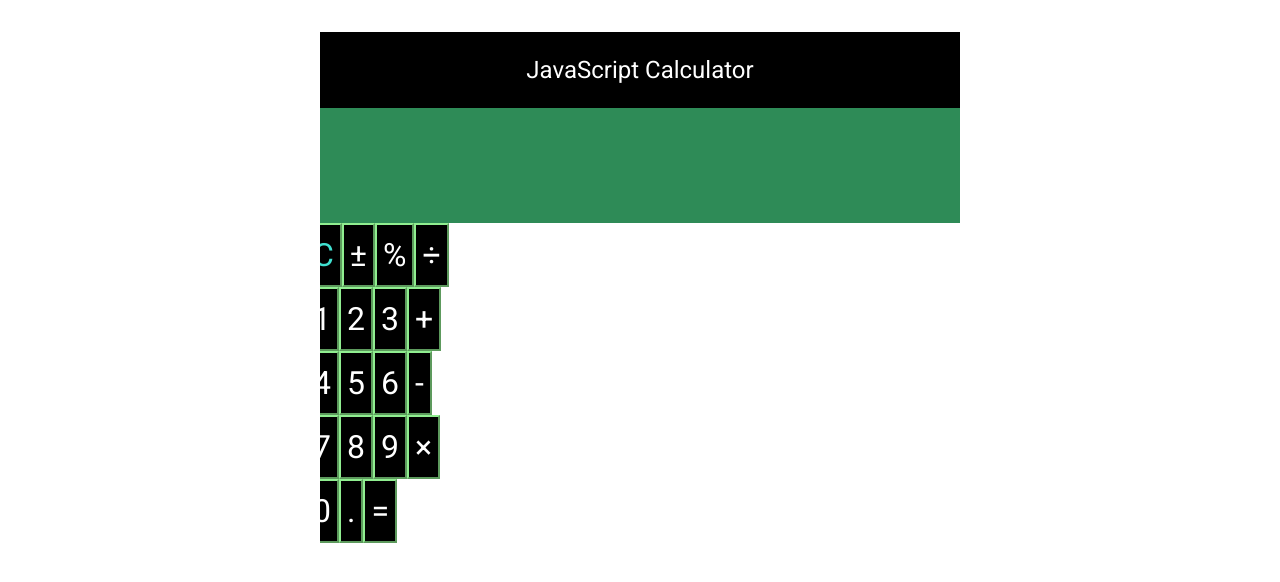
Repository: derektypist/js-calculator
Page: index.html
The author's editor kept a record of every edit. The page is drawn from the files as they stood at one moment, then again after the next edit.
The browser window is 1280 px wide. The pictures show the whole page.

Above is the page before.

### index.html
<!DOCTYPE html>
<html lang="en">

<head>
    <meta charset="UTF-8">
    <meta name="viewport" content="width=device-width, initial-scale=1.0">
    <meta http-equiv="X-UA-Compatible" content="ie=edge">
    <title>JavaScript Calculator</title>
    <!-- Load Style Sheets -->
    <link rel="stylesheet" href="https://maxcdn.bootstrapcdn.com/bootstrap/4.4.1/css/bootstrap.min.css">
    <link href="https://fonts.googleapis.com/css?family=Roboto&display=swap" rel="stylesheet">
    <style>
        /* Body */

        body {
            font-family: "Roboto", Arial, Verdana, sans-serif;
            margin-top: 2em;
        }

        /* Calculator */

        #calculator {
            width: 50%;
            margin: auto;
            overflow: auto;
        }

        /* Title */

        #title {
            background: black;
            font-size: 1.5em;
            color: white;
            text-align: center;
        }

        #title p {
            margin: auto;
            padding: 20px;
        }

        /* Display and History */

        #display {
            height: 75px;
            background: seagreen;
            color: white;
        }

        #history {
            height: 40px;
            background: seagreen;
            color: white;
            border-color: lightgreen;
        }

        .row,
        #display,
        #history {
            text-align: right;
        }

        /* Buttons */

        #clear {
            color: turquoise;
        }

        button {
            font-size: 2em;
            background: black;
            color: white;
            border-color: lightgreen;
            margin-left: 0px;
            margin-right: 0px;
            height: 2em;
            float: left;
        }
    </style>
</head>

<body>
    <!-- Set Up Calculator -->
    <section id="calculator">
        <!-- Set Up Title, History and Display -->
        <article id="title">
            <p>JavaScript Calculator</p>
        </article>
        <article id="history"></article>
        <article id="display"></article>
        <!-- Set Up First Row -->
        <article class="row">
            <button id="clear">C</button>
            <button id="posNeg">&plusmn;</button>
            <button id="percent">%</button>
            <button class="op" id="divide">&divide;</button>
        </article>

        <!-- Set Up Second Row -->
        <article class="row">
            <button id="one">1</button>
            <button id="two">2</button>
            <button id="three">3</button>
            <button class="op" id="add">+</button>
        </article>

        <!-- Set Up Third Row -->
        <article class="row">
            <button id="four">4</button>
            <button id="five">5</button>
            <button id="six">6</button>
            <button class="op" id="subtract">-</button>
        </article>

        <!-- Set Up Fourth Row -->
        <article class="row">
            <button id="seven">7</button>
            <button id="eight">8</button>
            <button id="nine">9</button>
            <button class="op" id="multiply">&times;</button>
        </article>

        <!-- Set Up Fifth Row -->
        <article class="row my-three">
            <button id="zero">0</button>
            <button id="decimal">.</button>
            <button class="op" id="equal">=</button>
        </article>
    </section>
</body>

</html>

After the next edit:
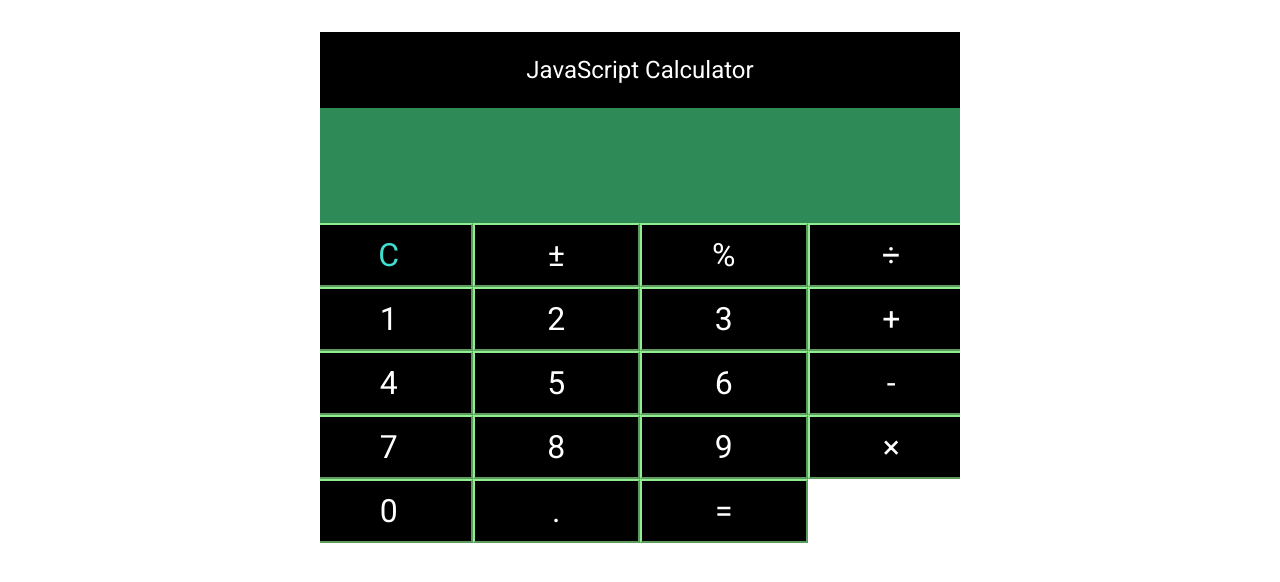
The edit:
--- a/index.html
+++ b/index.html
@@ -76,6 +76,19 @@
             height: 2em;
             float: left;
         }
+
+        button:hover {
+            background: navy;
+            color: white;
+        }
+
+        #equal:hover {
+            background: turquoise;
+        }
+
+        .row button {
+            width: 25%;
+        }
     </style>
 </head>
 
